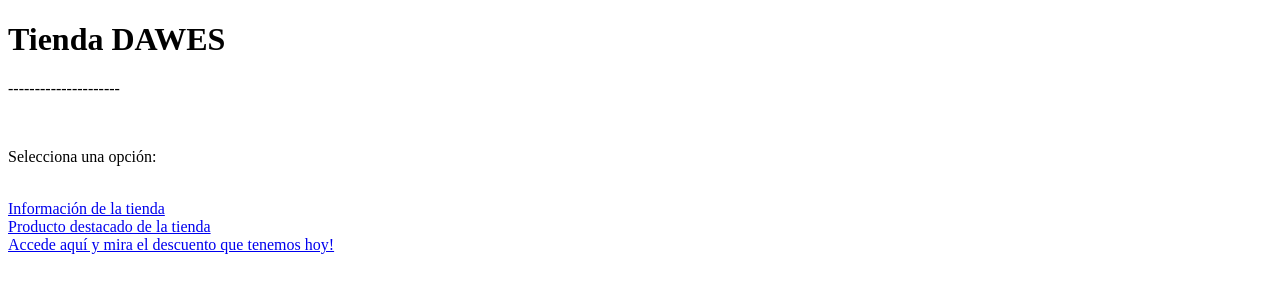
Repository: FelixRN/Second-Year
Page: DAWES/eclipse_casa/SaludoSpringBoot/src/main/resources/static/index.html
The author's editor kept a copy of each file at every save. The page is drawn from the files as they stood at one save, then again after the next save.
The browser window is 1280 px wide. The pictures show the whole page.

Above is the page before, as saved 2025-10-30 06:03:31.

### DAWES/eclipse_casa/SaludoSpringBoot/src/main/resources/static/index.html
<!DOCTYPE html>
<html>
<head>
<meta charset="UTF-8">
<title>Saludo</title>
</head>
<body>
<h1>Tienda DAWES</h1>
<p>---------------------</p>
<br>
<p>Selecciona una opción:</p>
<br>
<a href="http://localhost:8080/info">Información de la tienda</a>
<br>
<a href="http://localhost:8080/product">Producto destacado de la tienda</a>
<br>
<a href="http://localhost:8080/discount">Accede aquí y mira el descuento que tenemos hoy!</a>
</body>
</html>

After the next save:
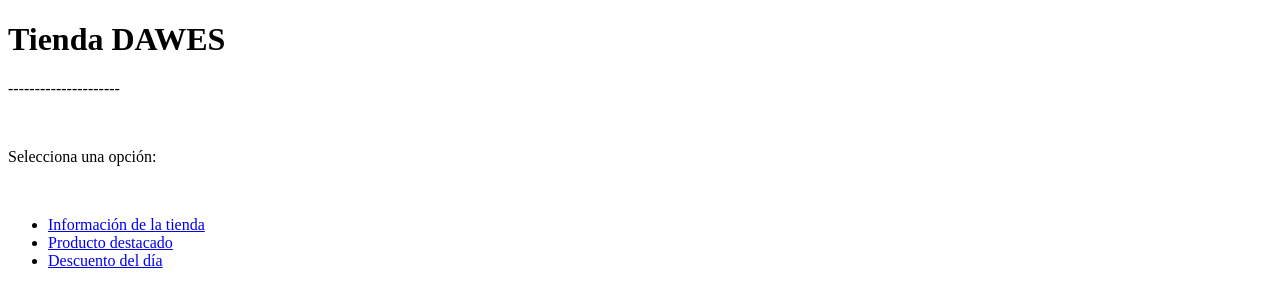
Saved 15 s later.
--- a/DAWES/eclipse_casa/SaludoSpringBoot/src/main/resources/static/index.html
+++ b/DAWES/eclipse_casa/SaludoSpringBoot/src/main/resources/static/index.html
@@ -10,10 +10,10 @@
 <br>
 <p>Selecciona una opción:</p>
 <br>
-<a href="http://localhost:8080/info">Información de la tienda</a>
-<br>
-<a href="http://localhost:8080/product">Producto destacado de la tienda</a>
-<br>
-<a href="http://localhost:8080/discount">Accede aquí y mira el descuento que tenemos hoy!</a>
+		<ul>
+        <li><a href="/info">Información de la tienda</a></li>
+        <li><a href="/producto">Producto destacado</a></li>
+        <li><a href="/descuento">Descuento del día</a></li>
+    </ul>
 </body>
 </html>
